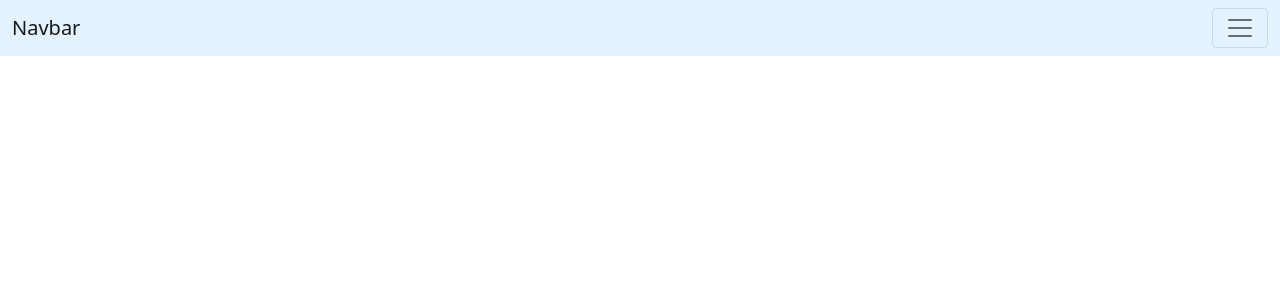
Repository: LauLupu/Progetto
Page: http://localhost/home
These files come from the project's save history. The page is drawn as it stood at one moment and after the next save; the edit follows.
The browser window is 1280 px wide. The pictures show the whole page.
The page is served by the project's Laravel application, run on PHP 8.4 with Laravel 8. Other server files are loaded and not shown.

Above is the page before, as saved 2021-08-24 09:54:33.

### routes/web.php
<?php

use App\Http\Controllers\inventoryController;
use Illuminate\Support\Facades\Route;

/*
|--------------------------------------------------------------------------
| Web Routes
|--------------------------------------------------------------------------
|
| Here is where you can register web routes for your application. These
| routes are loaded by the RouteServiceProvider within a group which
| contains the "web" middleware group. Now create something great!
|
*/

Route::get('/', function () {
    return view('Welcome');
});

Route::get('/home', function () {
    return view('home');
});

Route::get('/navbar', function () {
    return view('navbar');
});

Route::get('/dashboard', function () {
    return view('dashboard');
})->middleware(['auth'])->name('dashboard');

require __DIR__.'/auth.php';

### resources/views/home.blade.php
<!DOCTYPE html>
<html lang="en">
<head>
    <meta charset="UTF-8">
    <meta http-equiv="X-UA-Compatible" content="IE=edge">
    <meta name="viewport" content="width=device-width, initial-scale=1.0">
    <link href="https://cdn.jsdelivr.net/npm/bootstrap@5.1.0/dist/css/bootstrap.min.css" rel="stylesheet" integrity="sha384-KyZXEAg3QhqLMpG8r+8fhAXLRk2vvoC2f3B09zVXn8CA5QIVfZOJ3BCsw2P0p/We" crossorigin="anonymous">
<script src="https://cdn.jsdelivr.net/npm/bootstrap@5.1.0/dist/js/bootstrap.bundle.min.js" integrity="sha384-U1DAWAznBHeqEIlVSCgzq+c9gqGAJn5c/t99JyeKa9xxaYpSvHU5awsuZVVFIhvj" crossorigin="anonymous"></script>
    <title>Home</title>
</head>
<body>
<nav class="navbar navbar-light" style="background-color: #e3f2fd;">
  <div class="container-fluid">
    <a class="navbar-brand" href="#">Navbar</a>
    <button class="navbar-toggler" type="button" data-bs-toggle="collapse" data-bs-target="#navbarSupportedContent" aria-controls="navbarSupportedContent" aria-expanded="false" aria-label="Toggle navigation">
      <span class="navbar-toggler-icon"></span>
    </button>
    <div class="collapse navbar-collapse" id="navbarSupportedContent">
      <ul class="navbar-nav me-auto mb-2 mb-lg-0">
        <li class="nav-item">
          <a class="nav-link active" aria-current="page" href="#">Home</a>
        </li>
        <li class="nav-item">
          <a class="nav-link" href="#">Link</a>
        </li>
        <li class="nav-item dropdown">
          <a class="nav-link dropdown-toggle" href="#" id="navbarDropdown" role="button" data-bs-toggle="dropdown" aria-expanded="false">
            Dropdown
          </a>
          <ul class="dropdown-menu" aria-labelledby="navbarDropdown">
            <li><a class="dropdown-item" href="#">Action</a></li>
            <li><a class="dropdown-item" href="#">Another action</a></li>
            <li><hr class="dropdown-divider"></li>
            <li><a class="dropdown-item" href="#">Something else here</a></li>
          </ul>
        </li>
        <li class="nav-item">
          <a class="nav-link disabled" href="#" tabindex="-1" aria-disabled="true">Disabled</a>
        </li>
      </ul>
      <form class="d-flex">
        <input class="form-control me-2" type="search" placeholder="Search" aria-label="Search">
        <button class="btn btn-outline-success" type="submit">Search</button>
      </form>
    </div>
  </div>
</nav>
</body>
</html>

Loaded but not shown: routes/auth.php (common file)

After the next save:
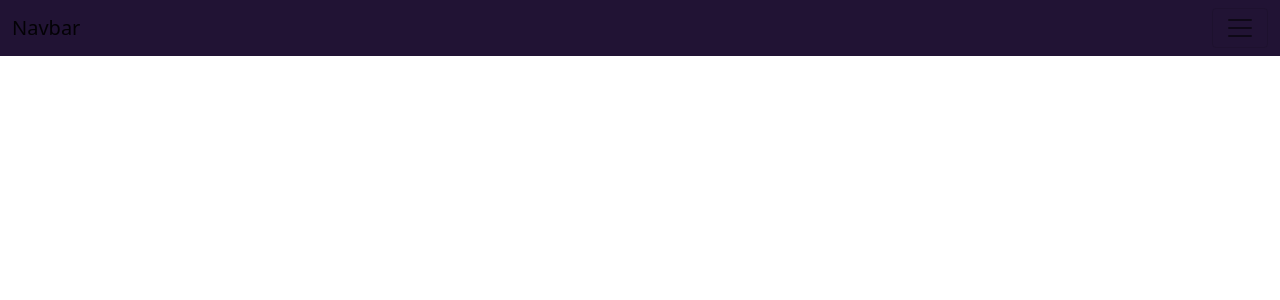
Saved 52 s later.
--- a/resources/views/home.blade.php
+++ b/resources/views/home.blade.php
@@ -9,7 +9,7 @@
     <title>Home</title>
 </head>
 <body>
-<nav class="navbar navbar-light" style="background-color: #e3f2fd;">
+<nav class="navbar navbar-light" style="background-color: #211334;">
   <div class="container-fluid">
     <a class="navbar-brand" href="#">Navbar</a>
     <button class="navbar-toggler" type="button" data-bs-toggle="collapse" data-bs-target="#navbarSupportedContent" aria-controls="navbarSupportedContent" aria-expanded="false" aria-label="Toggle navigation">
